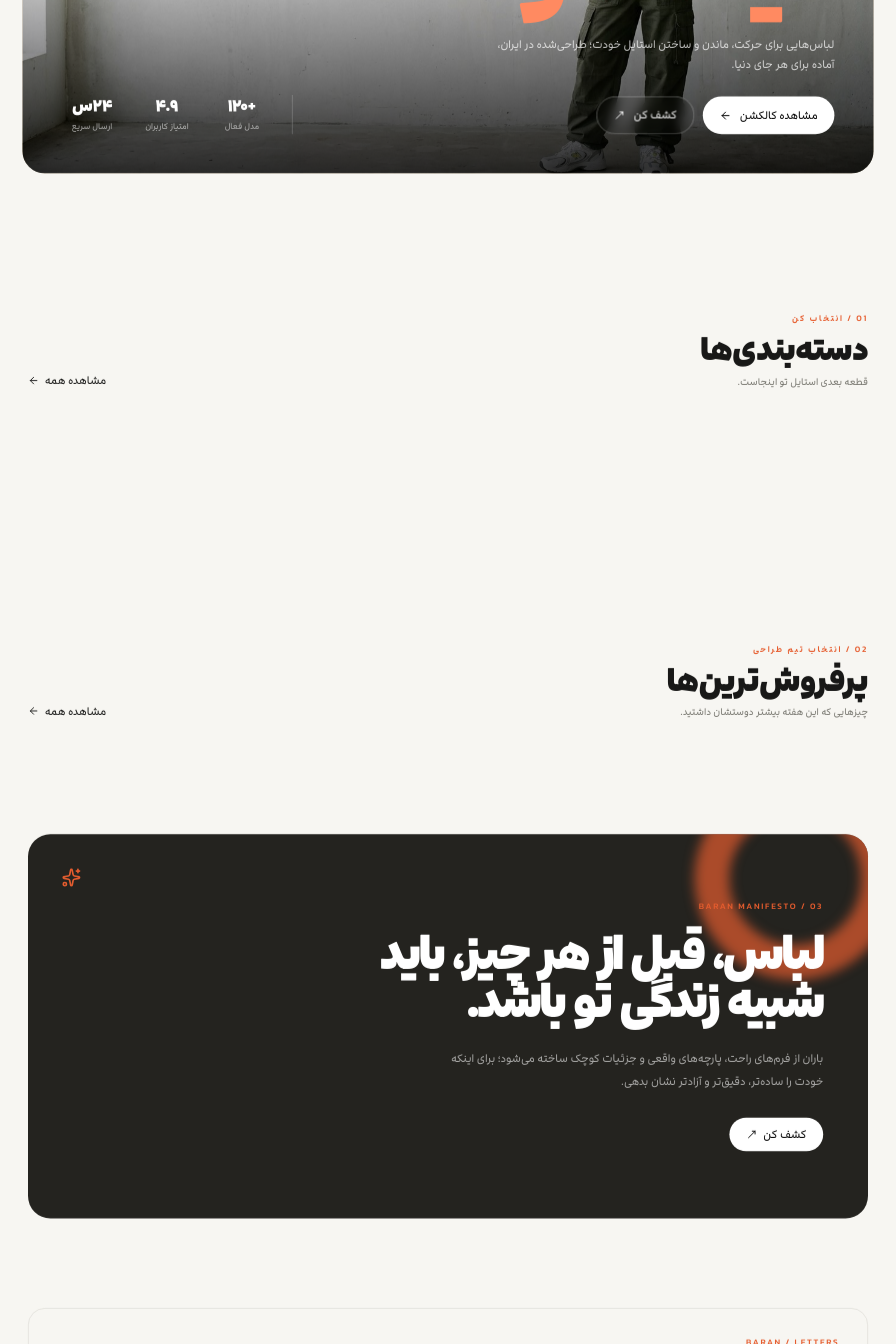
Repository: bardiya185/Clothing_store
Page: / (app in clothing-store/update/clothing-store/frontend/)
These files come from the project's save history. The page is drawn as it stood at one moment and after a run of saves; the edit follows.
The browser window is 1280 px wide. The pictures show the part of the page from y = 461 to 2381 px (the page is 3024 px tall before and 2624 px after), at 70% of full size.
The page's requests for data from a server got no answer. The project was rebuilt for these pictures with package versions that can differ from the ones it lists, and the page was loaded fresh each time. The framework's server and built-in components were replaced by stand-ins that run in the browser. No one was signed in, and anything a server would have sent is missing. Also part of the build but not shown: clothing-store/update/clothing-store/frontend/next.config.ts, clothing-store/update/clothing-store/frontend/components/catalog/ProductCard.tsx.

Above is the page before, as saved 2026-10-02 16:29:13.

After the next 2 saves:
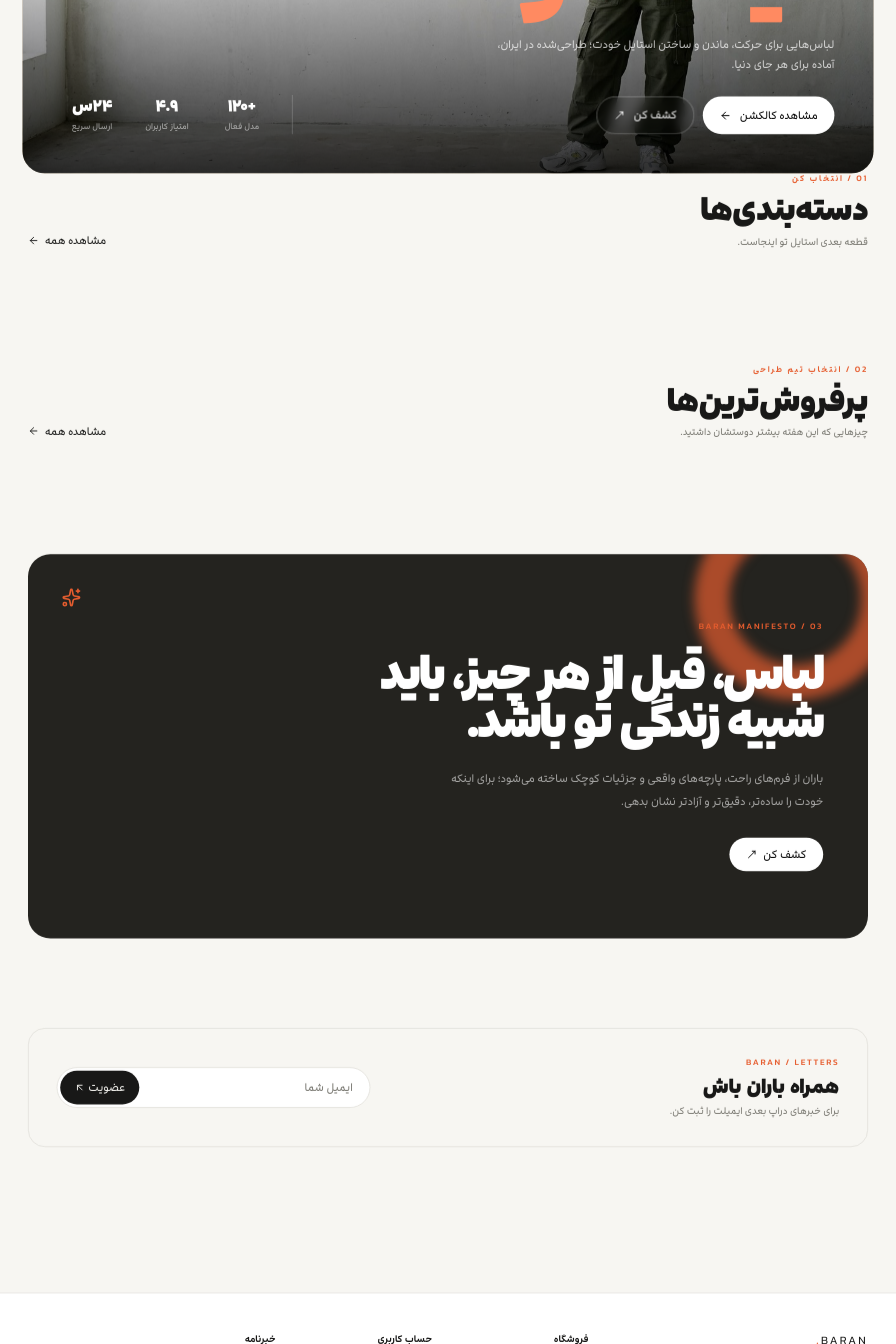
The 2 saves are shown as one change because they came seconds apart.
The last was saved 7 s later.
--- a/clothing-store/update/clothing-store/frontend/app/page.tsx
+++ b/clothing-store/update/clothing-store/frontend/app/page.tsx
@@ -90,7 +90,7 @@ export default function HomePage() {
       <br />
       <br />
       <CampaignBlocks />
-      <section className="mx-auto max-w-[1440px] mb-50 px-5 py-24 md:px-10 md:py-32">
+      <section className="mx-auto max-w-[1440px] -mt-50 px-5 py-24 md:px-10 md:py-32">
         <div className="mb-9 flex items-end justify-between gap-5">
           <div>
             <p className="mb-3 text-xs font-bold uppercase tracking-[.2em] text-accent">
